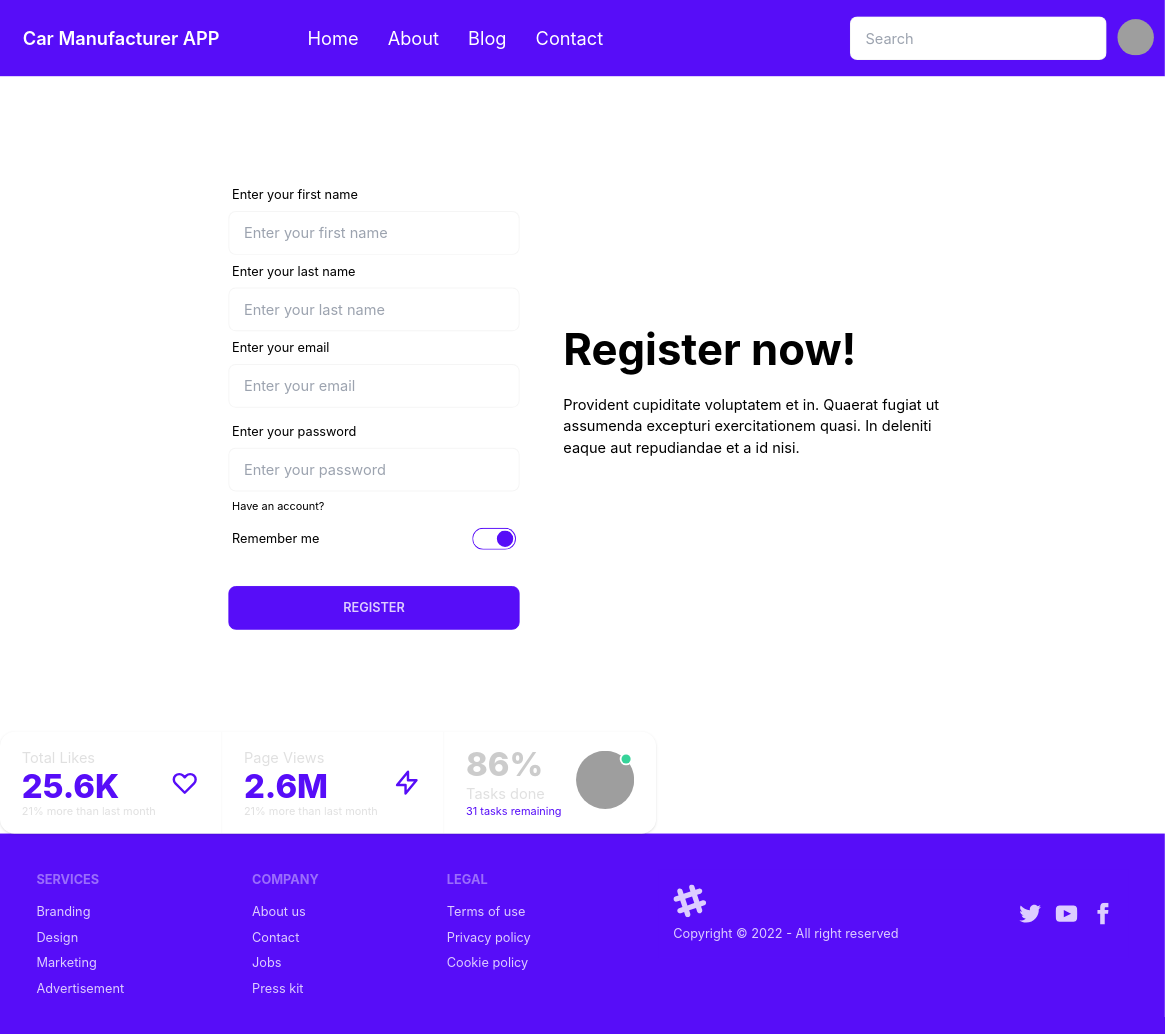
Repository: devsajid/car-manufacturer-app
Page: /register
These files come from the project's save history. The page is drawn as it stood at one moment and after a run of saves; the edit follows.
The browser window is 1280 px wide. The pictures show the whole page, at 91% of full size.
Pictures or frames that could not be fetched are drawn as grey boxes. The project was rebuilt for these pictures with package versions that can differ from the ones it lists, and the page was loaded fresh each time. Also part of the build but not shown: src/App.css, src/Pages/Home/Home.js, src/Pages/About/About.js, src/Pages/Blog/Blog.js, src/Pages/Contact/Contact.js, src/Pages/Register/Login/Login.js. Imported but missing from the stored project, and not drawn on this page: src/Pages/Home/Pages/Portfolio/Portfolio.

Above is the page before, as saved 2022-05-23 06:29:54.

### src/App.js
import "./App.css";
import Navbar from "./SharedComponents/Navbar/Navbar";
import Home from "./Pages/Home/Home";
import About from "./Pages/About/About";
import Blog from "./Pages/Blog/Blog";
import { Routes, Route } from "react-router-dom";
import Contact from "./Pages/Contact/Contact";
import Register from "./Pages/Register/Register";
import Login from "./Pages/Register/Login/Login";
import Footer from "./SharedComponents/Footer/Footer";
import Portfolio from "./Pages/Portfolio/Portfolio";

function App() {
  return (
    <div>
      <Navbar></Navbar>
      <Routes>
        <Route path="/" element={<Home />} />
        <Route path="about" element={<About />} />
        <Route path="blog" element={<Blog />} />
        <Route path="contact" element={<Contact />} />
        <Route path="register" element={<Register />} />
        <Route path="login" element={<Login />} />
      </Routes>
      <Portfolio></Portfolio>
      <Footer></Footer>
    </div>
  );
}

export default App;

### src/SharedComponents/Navbar/Navbar.js
import React from "react";
import { Link } from "react-router-dom";

const Navbar = () => {
  return (
    <div>
      <div class="navbar bg-neutral text-base-100">
        <div class="navbar-start text-base-100">
          <div class="dropdown">
            <label tabindex="0" class="btn btn-ghost lg:hidden">
              <svg
                xmlns="http://www.w3.org/2000/svg"
                class="h-5 w-5"
                fill="none"
                viewBox="0 0 24 24"
                stroke="currentColor"
              >
                <path
                  stroke-linecap="round"
                  stroke-linejoin="round"
                  stroke-width="2"
                  d="M4 6h16M4 12h8m-8 6h16"
                />
              </svg>
            </label>
            <ul
              tabindex="0"
              class="menu menu-compact dropdown-content mt-3 p-2 shadow bg-neutral base-100 rounded-box w-100"
            >
              <li>
                <a>Home</a>
              </li>
              <li>
                <a>About</a>
              </li>
              <li>
                <a>Blog</a>
              </li>
              <li>
                <a>Contact</a>
              </li>
            </ul>
          </div>
          <a className="btn btn-ghost bg- normal-case text-base-100 text-xl">
            Car Manufacturer APP
          </a>
        </div>
        <div class="navbar hidden lg:flex">
          <ul class="menu menu-horizontal text-xl p-0">
            <li>
              <Link to="/">Home</Link>
            </li>

            <li>
              <Link to="/about">About</Link>
            </li>
            <li>
              <Link to="/blog">Blog</Link>
            </li>
            <li>
              <Link to="/contact">Contact</Link>
            </li>
          </ul>
        </div>
        <div class="flex-none gap-2">
          <div class="form-control">
            <input
              type="text"
              placeholder="Search"
              class="input input-bordered"
            />
          </div>
          <div class="dropdown dropdown-end navbar-end">
            <label tabindex="0" class="btn btn-ghost btn-circle avatar">
              <div class="w-10 rounded-full">
                <img src="https://api.lorem.space/image/face?hash=33791" />
              </div>
            </label>
            <ul
              tabindex="0"
              class="mt-3 p-2 shadow menu menu-compact dropdown-content bg-neutral base-100 rounded-box w-52"
            >
              <li>
                <a class="justify-between">
                  Profile
                  <span class="badge">New</span>
                </a>
              </li>
              <li>
                <Link to="/register">Register</Link>
              </li>
              <li>
                <a>Logout</a>
              </li>
            </ul>
          </div>
        </div>
      </div>
    </div>
  );
};

export default Navbar;

### src/Pages/Register/Register.js
import React from "react";
import { Link } from "react-router-dom";

const Register = () => {
  return (
    <div>
      <div class="hero min-h-screen bg-base-100">
        <div class="hero-content flex-col lg:flex-row-reverse">
          <div class="text-center lg:text-left" style={{ width: "30rem" }}>
            <h1 class="text-5xl font-bold text-black">Register now!</h1>
            <p class="py-6 text-black">
              Provident cupiditate voluptatem et in. Quaerat fugiat ut assumenda
              excepturi exercitationem quasi. In deleniti eaque aut repudiandae
              et a id nisi.
            </p>
          </div>
          <div class="card flex-shrink-0 w-full max-w-sm shadow-3xl bg-base-100">
            <div class="card-body">
              <div class="form-control">
                <div class="form-control">
                  <label class="label">
                    <span
                      class="label-text text-black"
                      placeholder="Enter your first name"
                    >
                      Enter your first name
                    </span>
                  </label>
                  <input
                    type="text"
                    placeholder="Enter your first name"
                    class="input input-bordered"
                  />
                </div>
                <div class="form-control">
                  <label class="label">
                    <span
                      class="label-text text-black "
                      placeholder="Enter your last name"
                    >
                      Enter your last name
                    </span>
                  </label>
                  <input
                    type="text"
                    placeholder="Enter your last name"
                    class="input input-bordered"
                  />
                </div>

                <label class="label ">
                  <span
                    class="label-text text-black"
                    placeholder="Enter your email"
                  >
                    Enter your email
                  </span>
                </label>
                <input
                  type="text"
                  placeholder="Enter your email"
                  class="input input-bordered text-black"
                />
              </div>
              <div class="form-control">
                <label class="label">
                  <span
                    class="label-text text-black"
                    placeholder="Enter your password"
                  >
                    Enter your password
                  </span>
                </label>
                <input
                  type="text"
                  placeholder="Enter your password"
                  class="input input-bordered"
                />
                <label class="label">
                  <Link
                    to="/login"
                    class="label-text-alt link link-hover text-black"
                  >
                    Have an account?
                  </Link>
                </label>
                <label class="label cursor-pointer">
                  <span class="label-text text-black">Remember me</span>
                  <input
                    type="checkbox"
                    class="toggle toggle-primary"
                    checked
                  />
                </label>
              </div>
              <div class="form-control mt-6">
                <button class="btn btn-primary">Register</button>
              </div>
            </div>
          </div>
        </div>
      </div>
    </div>
  );
};

export default Register;

### src/SharedComponents/Footer/Footer.js
import React from "react";

const Footer = () => {
  return (
    <div>
      <footer class="footer p-10 bg-neutral text-neutral-content">
        <div>
          <span class="footer-title">Services</span>
          <a class="link link-hover">Branding</a>
          <a class="link link-hover">Design</a>
          <a class="link link-hover">Marketing</a>
          <a class="link link-hover">Advertisement</a>
        </div>
        <div>
          <span class="footer-title">Company</span>
          <a class="link link-hover">About us</a>
          <a class="link link-hover">Contact</a>
          <a class="link link-hover">Jobs</a>
          <a class="link link-hover">Press kit</a>
        </div>
        <div>
          <span class="footer-title">Legal</span>
          <a class="link link-hover">Terms of use</a>
          <a class="link link-hover">Privacy policy</a>
          <a class="link link-hover">Cookie policy</a>
        </div>

        <div class="footer items-center p-4 bg-neutral text-neutral-content">
          <div class=" items-center">
            <svg
              width="36"
              height="36"
              viewBox="0 0 24 24"
              xmlns="http://www.w3.org/2000/svg"
              fill-rule="evenodd"
              clip-rule="evenodd"
              class="fill-current"
            >
              <path d="M22.672 15.226l-2.432.811.841 2.515c.33 1.019-.209 2.127-1.23 2.456-1.15.325-2.148-.321-2.463-1.226l-.84-2.518-5.013 1.677.84 2.517c.391 1.203-.434 2.542-1.831 2.542-.88 0-1.601-.564-1.86-1.314l-.842-2.516-2.431.809c-1.135.328-2.145-.317-2.463-1.229-.329-1.018.211-2.127 1.231-2.456l2.432-.809-1.621-4.823-2.432.808c-1.355.384-2.558-.59-2.558-1.839 0-.817.509-1.582 1.327-1.846l2.433-.809-.842-2.515c-.33-1.02.211-2.129 1.232-2.458 1.02-.329 2.13.209 2.461 1.229l.842 2.515 5.011-1.677-.839-2.517c-.403-1.238.484-2.553 1.843-2.553.819 0 1.585.509 1.85 1.326l.841 2.517 2.431-.81c1.02-.33 2.131.211 2.461 1.229.332 1.018-.21 2.126-1.23 2.456l-2.433.809 1.622 4.823 2.433-.809c1.242-.401 2.557.484 2.557 1.838 0 .819-.51 1.583-1.328 1.847m-8.992-6.428l-5.01 1.675 1.619 4.828 5.011-1.674-1.62-4.829z"></path>
            </svg>
            <p>Copyright © 2022 - All right reserved</p>
          </div>
          <div class="grid-flow-col gap-4 md:place-self-center md:justify-self-end">
            <a>
              <svg
                xmlns="http://www.w3.org/2000/svg"
                width="24"
                height="24"
                viewBox="0 0 24 24"
                class="fill-current"
              >
                <path d="M24 4.557c-.883.392-1.832.656-2.828.775 1.017-.609 1.798-1.574 2.165-2.724-.951.564-2.005.974-3.127 1.195-.897-.957-2.178-1.555-3.594-1.555-3.179 0-5.515 2.966-4.797 6.045-4.091-.205-7.719-2.165-10.148-5.144-1.29 2.213-.669 5.108 1.523 6.574-.806-.026-1.566-.247-2.229-.616-.054 2.281 1.581 4.415 3.949 4.89-.693.188-1.452.232-2.224.084.626 1.956 2.444 3.379 4.6 3.419-2.07 1.623-4.678 2.348-7.29 2.04 2.179 1.397 4.768 2.212 7.548 2.212 9.142 0 14.307-7.721 13.995-14.646.962-.695 1.797-1.562 2.457-2.549z"></path>
              </svg>
            </a>
            <a>
              <svg
                xmlns="http://www.w3.org/2000/svg"
                width="24"
                height="24"
                viewBox="0 0 24 24"
                class="fill-current"
              >
                <path d="M19.615 3.184c-3.604-.246-11.631-.245-15.23 0-3.897.266-4.356 2.62-4.385 8.816.029 6.185.484 8.549 4.385 8.816 3.6.245 11.626.246 15.23 0 3.897-.266 4.356-2.62 4.385-8.816-.029-6.185-.484-8.549-4.385-8.816zm-10.615 12.816v-8l8 3.993-8 4.007z"></path>
              </svg>
            </a>
            <a>
              <svg
                xmlns="http://www.w3.org/2000/svg"
                width="24"
                height="24"
                viewBox="0 0 24 24"
                class="fill-current"
              >
                <path d="M9 8h-3v4h3v12h5v-12h3.642l.358-4h-4v-1.667c0-.955.192-1.333 1.115-1.333h2.885v-5h-3.808c-3.596 0-5.192 1.583-5.192 4.615v3.385z"></path>
              </svg>
            </a>
          </div>
        </div>
      </footer>
    </div>
  );
};

export default Footer;

### src/Pages/Portfolio/Portfolio.js
import React from "react";

const Portfolio = () => {
  return (
    <div>
      <div class="stats shadow">
        <div class="stat">
          <div class="stat-figure text-primary">
            <svg
              xmlns="http://www.w3.org/2000/svg"
              fill="none"
              viewBox="0 0 24 24"
              class="inline-block w-8 h-8 stroke-current"
            >
              <path
                stroke-linecap="round"
                stroke-linejoin="round"
                stroke-width="2"
                d="M4.318 6.318a4.5 4.5 0 000 6.364L12 20.364l7.682-7.682a4.5 4.5 0 00-6.364-6.364L12 7.636l-1.318-1.318a4.5 4.5 0 00-6.364 0z"
              ></path>
            </svg>
          </div>
          <div class="stat-title">Total Likes</div>
          <div class="stat-value text-primary">25.6K</div>
          <div class="stat-desc">21% more than last month</div>
        </div>

        <div class="stat">
          <div class="stat-figure text-secondary">
            <svg
              xmlns="http://www.w3.org/2000/svg"
              fill="none"
              viewBox="0 0 24 24"
              class="inline-block w-8 h-8 stroke-current"
            >
              <path
                stroke-linecap="round"
                stroke-linejoin="round"
                stroke-width="2"
                d="M13 10V3L4 14h7v7l9-11h-7z"
              ></path>
            </svg>
          </div>
          <div class="stat-title">Page Views</div>
          <div class="stat-value text-secondary">2.6M</div>
          <div class="stat-desc">21% more than last month</div>
        </div>

        <div class="stat">
          <div class="stat-figure text-secondary">
            <div class="avatar online">
              <div class="w-16 rounded-full">
                <img src="https://api.lorem.space/image/face?w=128&h=128" />
              </div>
            </div>
          </div>
          <div class="stat-value">86%</div>
          <div class="stat-title">Tasks done</div>
          <div class="stat-desc text-secondary">31 tasks remaining</div>
        </div>
      </div>
    </div>
  );
};

export default Portfolio;

### tailwind.config.js
module.exports = {
  content: ["./src/**/*.{js,jsx,ts,tsx}"],
  theme: {
    extend: {},
  },
  daisyui: {
    themes: [
      {
        mytheme: {
          primary: "#570DF8",

          secondary: "#570DF8",

          accent: "#F2F2F2",

          neutral: "#570DF8",

          info: "#3ABFF8",

          success: "#36D399",

          warning: "#FBBD23",

          error: "#F87272",
        },
      },
    ],
  },
  plugins: [require("daisyui")],
};

Loaded but not shown: public/index.html (common file); src/index.js (common file); src/index.css (common file); src/reportWebVitals.js (common file)

After the next 2 saves:
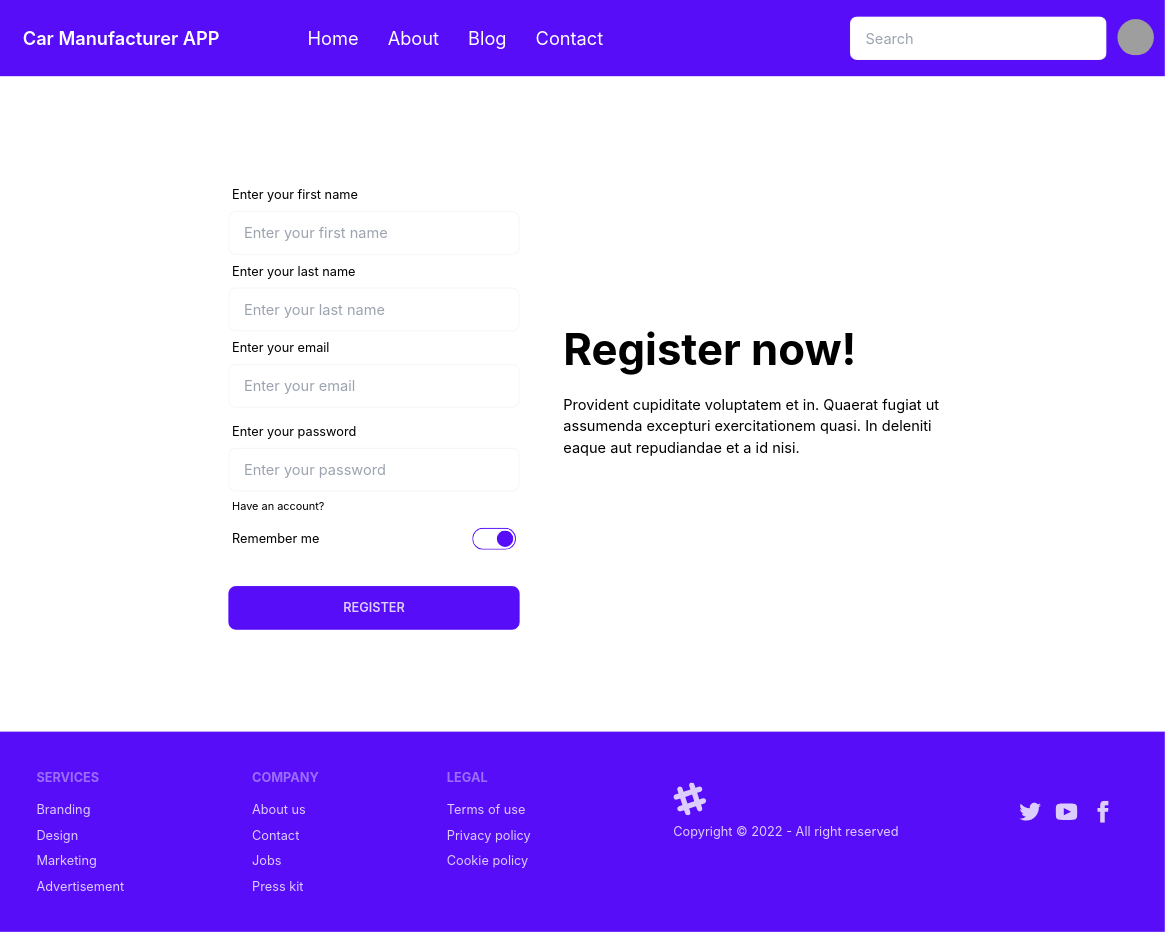
The 2 saves are shown as one change because 1 did not build or start.
The last was saved 34 s later.
--- a/src/App.js
+++ b/src/App.js
@@ -8,7 +8,6 @@ import Contact from "./Pages/Contact/Contact";
 import Register from "./Pages/Register/Register";
 import Login from "./Pages/Register/Login/Login";
 import Footer from "./SharedComponents/Footer/Footer";
-import Portfolio from "./Pages/Portfolio/Portfolio";
 
 function App() {
   return (
@@ -22,7 +21,6 @@ function App() {
         <Route path="register" element={<Register />} />
         <Route path="login" element={<Login />} />
       </Routes>
-      <Portfolio></Portfolio>
       <Footer></Footer>
     </div>
   );
